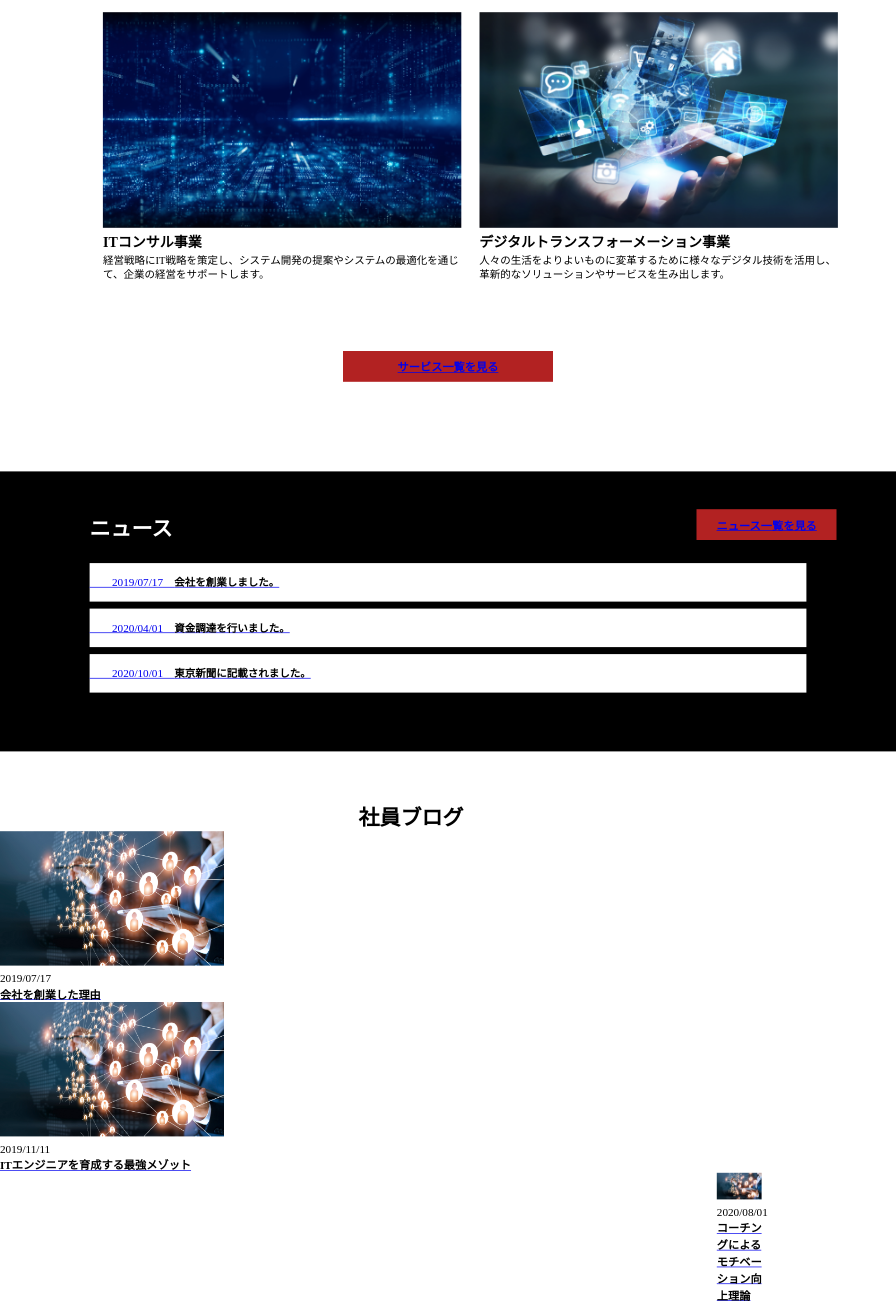
Repository: sigemasaasuka/20211012sigemasa
Page: index.html
An editor plug-in stored every save of this project. The page is shown before and after the next save, followed by the edit.
The browser window is 1280 px wide. The pictures show the part of the page from y = 1338 to 3258 px (the page is 3200 px tall before and 3258 px after), at 70% of full size.

Above is the page before, as saved 2021-10-19 18:01:05.

After the next save:
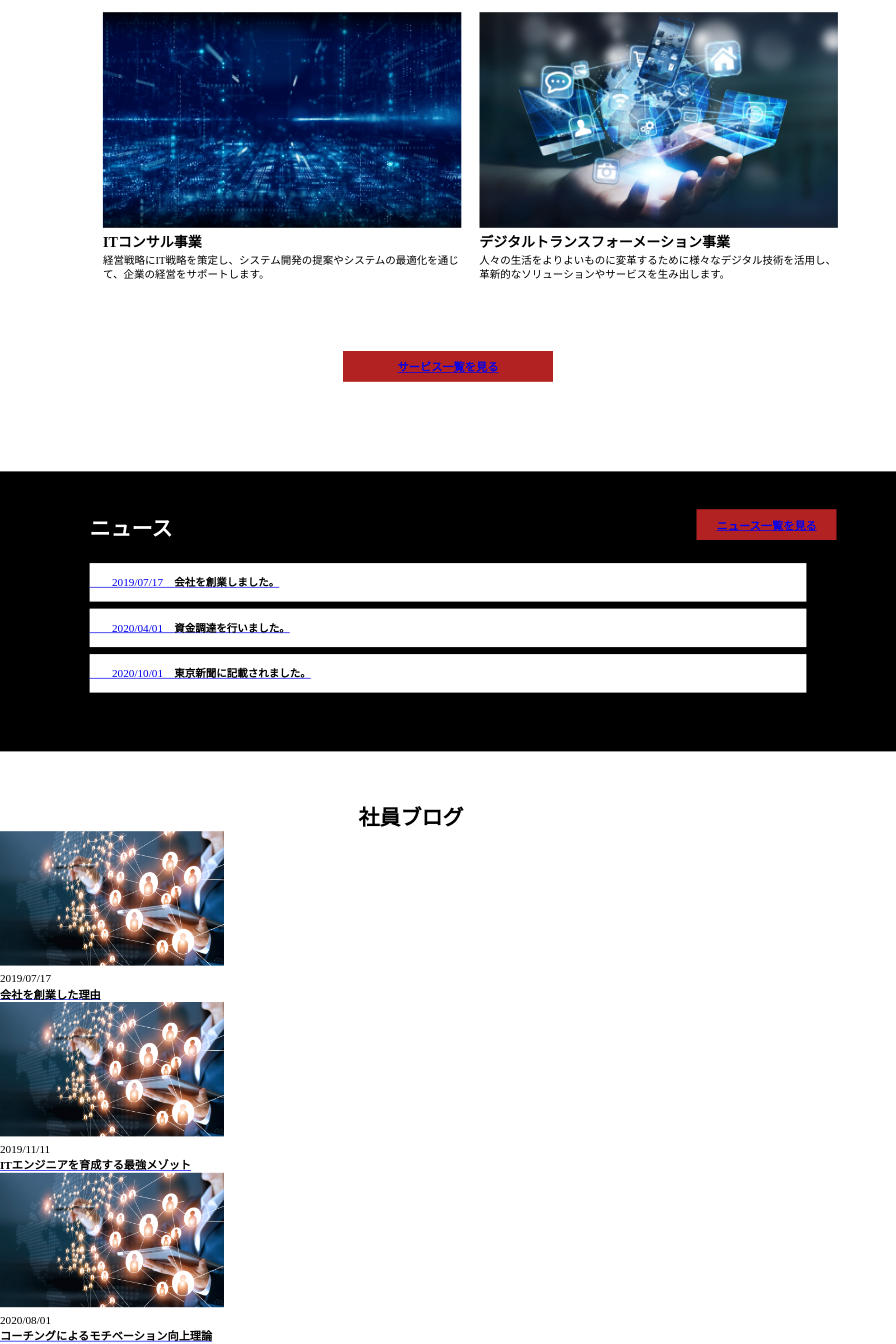
Saved 9 s later.
--- a/css/index.css
+++ b/css/index.css
@@ -313,7 +313,6 @@
   display: flex;
   justify-content: flex-start;
   flex-direction: row;
-  margin-left: 80%;
 }
 
 .coaching-png {
